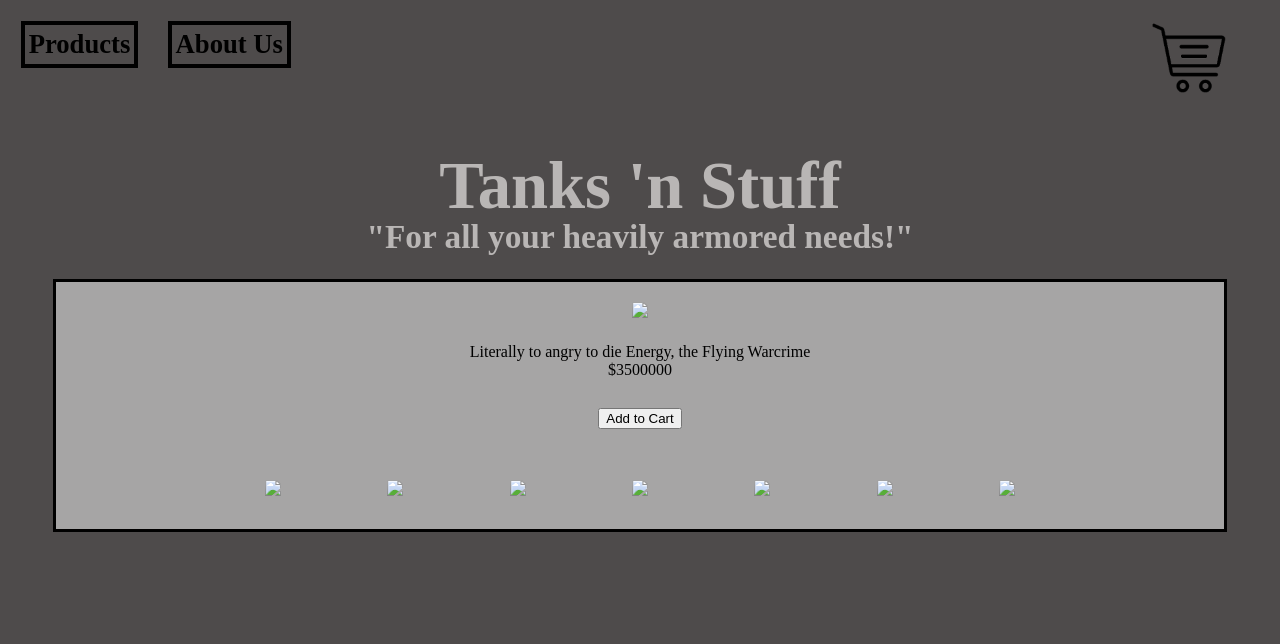
Repository: dscebold/webProjects
Page: APCSP2021/oat.uno.jabrd_store/WebContent/index.html
An editor plug-in stored every save of this project. The page is shown before and after the next save, followed by the edit.
The browser window is 1280 px wide. The pictures show the whole page.

Above is the page before, as saved 2022-09-13 01:40:03.
Not found: APCSP2021/oat.uno.jabrd_store/WebContent/images/a10Warthog.jpg
Not found: APCSP2021/oat.uno.jabrd_store/WebContent/images/a1Abrams.jpg
Not found: APCSP2021/oat.uno.jabrd_store/WebContent/images/ac130.jpg

### APCSP2021/oat.uno.jabrd_store/WebContent/index.html
<!DOCTYPE html>
<html>
<head>
<meta charset="ISO-8859-1">
<title>Products</title>
<link type="text/css" rel="stylesheet" href="style.css">
<script type="text/javascript" src="magic.js">

</script>
</head>
<body onload = "test();">
	<div id= "navDiv">
		<a href="index.html"><div class="navBar">Products</div></a>
		<a href="aboutUs.html"><div class="navBar">About Us</div></a>
		<a href="cart.html"><div id="cartDiv"><img src="images\carts.png" id="cartImg"></div></a>
	</div>
	<div id="top">
		<h1 id="heading">Tanks &apos;n Stuff</h1>
		<h1 id="subHeading">"For all your heavily armored needs&excl;"</h1>
	</div>


	<div id="box">
		<!-- start of product images -->
		<div id="main">
			<img src="images/a10Warthog.jpg" id="mainImg">
			<p id="caption">
				Literally to angry to die Energy, the Flying Warcrime<br>&dollar;3500000
			</p>
			<button id="addCart" onclick= "addToCart()">Add to Cart</button>
		</div>
		<!-- main image -->

		<div id="subBar">
			<!-- sub image bar -->
			<div class="subImages">
				<img src="images/a1Abrams.jpg" class="smallImgs"
					onclick="mainImg(this)">
			</div>
			<!-- sub images -->
			<div class="subImages">
				<img src="images/ac130.jpg" class="smallImgs"
					onclick="mainImg(this)">
			</div>
			<!-- sub images -->
			<div class="subImages">
				<img src="images/apache.jpg" class="smallImgs"
					onclick="mainImg(this)">
			</div>
			<!-- sub images -->
			<div class="subImages">
				<img src="images/bradley.jpg" class="smallImgs"
					onclick="mainImg(this)">
			</div>
			<!-- sub images -->
			<div class="subImages">
				<img src="images/f16.jpg" class="smallImgs" onclick="mainImg(this)">
			</div>
			<!-- sub images -->
			<div class="subImages">
				<img src="images/huey.jpg" class="smallImgs" onclick="mainImg(this)">
			</div>
			<!-- sub images -->
			<div class="subImages">
				<img src="images/iowa.jpg" class="smallImgs" onclick="mainImg(this)">
			</div>
			<!-- sub images -->
		</div>

	</div>



</body>
</html>

### APCSP2021/oat.uno.jabrd_store/WebContent/style.css
@charset "ISO-8859-1";

body {
	background-color: #4E4B4B;
	font-family: Comic Sans MS;
}

#top {
	width: 80%;
	margin: auto;
}

#heading {
	font-size: 50pt;
	text-align: center;
	color: #B9B6B5;
}

#subHeading {
	font-size: 25pt;
	text-align: center;
	color: #B9B6B5;
	margin-top: -5%;
}

.navBar {
	text-decoration: none;
	font-size: 20pt;
	font-weight: bolder;
	font-family: Comic Sans MS;
	margin: 1%;
	display: inline-block;
	color: black;
	border: 4px solid black;
	padding: 4px;
}

#main {
	width: 60%;
	margin: auto;
	text-align: center;
}

#mainImg {
	width: 90%;
	height: auto;
	padding: 5px;
}

.subImages {
	width: 11%;;
	display: inline-block;
	margin: 1%;
	height: auto;
}

#subBar {
	margin: auto;
	width: 80%;
	height: 15%;
	text-align: center;
	margin-top: 2%;
}

.smallImgs {
	width: 90%;
	height: auto;
	padding: 5px;
}

#box {
	background-color: #A6A5A5;
	padding: 15px;
	width: 90%;
	margin: auto;
	border: 3px solid black;
}



#addCart {
	text-align: center;
	margin: 2%;
}

#cartImg {
	background-color: #4E4B4B;
	width: 75%;
	height: auto;
	padding: 5px;
}

#cartDiv {
	width: 8%;
	margin-left: 90%;
	margin-top: -5%;
}

#hours {
	padding: 5px;
}

#hoursTable {
	padding: 10px;
}

.dayRow {
	font-size: 14pt;
	font-weight: bolder;
	font-family: Comic Sans MS;
	padding: 5px;
}

.hourRow {
	padding: 5px;
}

#store{
	background-color: #00FF00;
	text-align: center;
}

#storeImg{
	padding: 15px;
}

#address {

}

#addressTxt {
	font-family: times new roman;
	font-size: 25pt;
	font-weight: bolder;
}

#mapBox{
	text-align: center;
}

.aboutTop{
	display: inline-block;
	vertical-align: top;
	margin-top: 2%;
	margin-bottom: 2%;
	margin-left: 8%
}

#openClosed{
	text-align: center;
}

#clockDiv{
	text-align: center;
}


#cartTable{

}

td{
	width: 20%;
	border: 3px solid black;
	text-align: center;
	vertical-align: text-top;
}

### APCSP2021/oat.uno.jabrd_store/WebContent/magic.js
class product {
	constructor(src, cap, price, num, name, ib) {
		this.src = src;
		this.caption = cap;
		this.price = price;
		this.num = num;
		this.name = name;
		this.ib = ib;
	}

	toString() {
		return this.caption + "<br>$" + this.price
	}

}

let abrams = new product("images/JABRDLogo.png", "Firing 40 pounds of depleted Uranium at your Cranium", 3000000, 0, "A1 Abrams", "abr");
let warthog = new product("images/JABRDLogo.png", "Literally to angry to die Energy, the Flying Warcrime", 3500000, 0, "A10 Warthog", "war");
let ac130 = new product("images/JABRDLogo.png", "Minigun go Brrrrrrt", 9000000, 0, "AC130", "ac1");
let apache = new product("images/JABRDLogo.png", "If you are reading this you are already dead", 4000000, 0, "Apache Longbow", "apa");
let iowa = new product("images/JABRDLogo.png", "45,000 tons of 16 inch Freedom", 15000000, 0, "USS Iowa", "iow");
let bradley = new product("images/JABRDLogo.png", "Push up with the Bradley *Explosion* F#@K, the Bradley's down.", 2500000, 0, "Bradley", "brad");
let f16 = new product("images/JABRDLogo.png", "Dear Grid Coordinates, you no longer exist,<br>Sincerly F16", 7000000, 0, "F16", "f1");
let huey = new product("images/JABRDLogo.png", "Fortunate Son Intensifies", 5000000, 0, "Huey", "hue");

//an array of products
var products = [abrams, warthog, ac130, apache, iowa, bradley, f16, huey];


sessionStorage.setItem("abrams", 0);
sessionStorage.setItem("warthog", 0);
sessionStorage.setItem("ac130", 0);
sessionStorage.setItem("apache", 0);
sessionStorage.setItem("iowa", 0);
sessionStorage.setItem("bradley", 0);
sessionStorage.setItem("f16", 0);
sessionStorage.setItem("huey", 0);


function mainImg(id) {
	var temp = document.getElementById("mainImg").src;
	document.getElementById("mainImg").src = id.src;
	id.src = temp;
	for (product of products) {
		if (document.getElementById("mainImg").src.includes(product.src)) {
			document.getElementById("caption").innerHTML = product.toString();
		}
	}
}

function test() {
	revive();
}


function revive() {
	for (product of products) {
		if (Number.isInteger(parseInt(sessionStorage.getItem(product.name)))) {
			product.num = parseInt(sessionStorage.getItem(product.name));
		}
	}
}

var totalNum = 0;
var totalPrice = 0;



function addToCart() {
	for (product of products) {
		if (document.getElementById("mainImg").src.includes(product.src)) {
			product.num += 1;

			totalNum = 0;
			totalPrice = 0;
			for (product of products) {
				totalNum += product.num;
				totalPrice += (product.num * product.price);
			}

		}

	}


	newItem();
}

function newItem() {
	for (product of products) {
		sessionStorage.removeItem(product.name);
		sessionStorage.setItem(product.name, product.num);
	}
}



function makeCart() {
	document.getElementById("cartTable").innerHTML = "";
	for (product of products) {
		if ((sessionStorage.getItem(product.name) != null) && parseInt(sessionStorage.getItem(product.name)) >= 1) {
			document.getElementById("cartTable").innerHTML += "<tr> <td><img src = '" + product.src + "'> " + product.name + "</td> <td> " + sessionStorage.getItem(product.name) + "<button id = '" + product.ib + "' onclick = 'nope(this)'>Delete</button> <button id = '" + product.ib + "' onclick = 'deleteAll(this)'>Delete All</button>" + "</td> <td>$" + (sessionStorage.getItem(product.name) * product.price) + "</td> </tr>"
		}
	}
	revive();
	totalNum = 0;
	totalPrice = 0;
	for (product of products) {
		totalNum += product.num;
		totalPrice += (product.num * product.price);
	}
	document.getElementById("total").innerHTML = "Total Products: " + totalNum + " | Total Price: $" + totalPrice;

	var makeout = setTimeout(makeCart, 1000);
}



const days = ["Sunday", "Monday", "Tuesday", "Wednesday", "Thursday", "Friday", "Saturday"]

function clock() {
	const d = new Date();
	d.getHours(); // 24hour clock
	d.getMinutes(); // if minutes is less than 10 it will be one number long
	d.getSeconds();
	d.getDay();
	var amPM = "AM";
	if (d.getHours() > 12) {
		var amPM = "PM"
	}
	var minutes = d.getMinutes();
	if (d.getMinutes() < 10) {
		minutes = "0" + d.getMinutes();
	}
	var seconds = d.getSeconds();
	if (d.getSeconds() < 10) {
		seconds = "0" + d.getSeconds();
	}
	let time = days[d.getDay()] + " " + (d.getHours() % 12) + ":" + minutes + ":" + seconds + " " + amPM;
	// concat a 0 before minutes
	document.getElementById("clock").innerHTML = time;
	//write to the page  getHours() % 12 + ":" + minutes + amPm
}

function changeColor() {
	const e = new Date();
	let h = e.getHours();
	let i = e.getMinutes();
	let j = e.getDay();

	if (((j == 2 || j == 3 || j == 4) && (h > 2 && h < 3)) || ((j == 0) && (h > 10 && h < 17)) || ((j == 5 || j == 6) && (h > 0 && h < 22) && (i > 0))) {
		document.getElementById("store").style.backgroundColor = "#00FF00"

	}
	else if (((j == 2 || j == 3 || j == 4) && (h > 1 && h < 4)) || ((j == 5 || j == 6) && (h > 23)) || ((j == 4) && (h > 23)) || ((j == 0) && (h > 9 && h < 18)) && (i > 0)) {
		document.getElementById("store").style.backgroundColor = "#FFFF00";

	}
	else if (j == 1) {
		document.getElementById("store").style.backgroundColor = "#FF0000";

	}
	else {
		document.getElementById("store").style.backgroundColor = "#FF0000";

	}
	var colorout = setTimeout(changeColor, 1000);
}


function changeOpen() {
	const f = new Date();
	let h = f.getHours();
	let i = f.getMinutes();
	let j = f.getDay();

	if (((j == 2 || j == 3 || j == 4) && (h > 2 && h < 3)) || ((j == 0) && (h > 10 && h < 17)) || ((j == 5 || j == 6) && (h > 0 && h < 22) && (i > 0))) {
		document.getElementById("openClosedTxt").innerHTML = "Open";
		document.getElementById("openClosedTxt").style.color = "#00FF00"
	}
	else if (((j == 2 || j == 3 || j == 4) && (h > 1 && h < 2)) || ((j == 5 || j == 6) && (h > 23)) || ((j == 4) && (h > 23)) || ((j == 0) && (h > 9 && h < 10)) && (i > 0)) {
		document.getElementById("openClosedTxt").innerHTML = "Opening Soon";
		document.getElementById("openClosedTxt").style.color = "#00FF00"
	}
	else if (((j == 2 || j == 3 || j == 4) && (h > 3 && h < 4)) || ((j == 5 || j == 6) && (h > 22 && h < 23)) || ((j == 0) && (h > 17 && h < 18)) && (i > 0)) {
		document.getElementById("openClosedTxt").innerHTML = "Closeing Soon";
		document.getElementById("openClosedTxt").style.color = "#FFFF00"
	}
	else if (j == 1) {
		document.getElementById("openClosedTxt").innerHTML = "Closed";
		document.getElementById("openClosedTxt").style.color = "#FF0000"
	}
	else {
		document.getElementById("openClosedTxt").innerHTML = "Closed";
		document.getElementById("openClosedTxt").style.color = "#FF0000"
	}
	var openout = setTimeout(changeOpen, 1000);
}


function update() {
	makeCart();
}



function nope(id) {
	for (product of products) {
		if (id.id == product.ib) {
			if (Number.isInteger(parseInt(sessionStorage.getItem(product.name)))) {
				var temp = parseInt(sessionStorage.getItem(product.name));
				temp = temp - 1;
				sessionStorage.setItem(product.name, temp);
			}
		}
	}
	console.log(sessionStorage);
	revive();
}

function deleteAll(id) {
	for (product of products) {
		if (id.id == product.ib) {
			sessionStorage.removeItem(product.name);
		}
	}
	revive();
	console.log(sessionStorage);
}


function checkOut(){
	for(product of products) {
		sessionStorage.removeItem(product.name);
	}
}

After the next save:
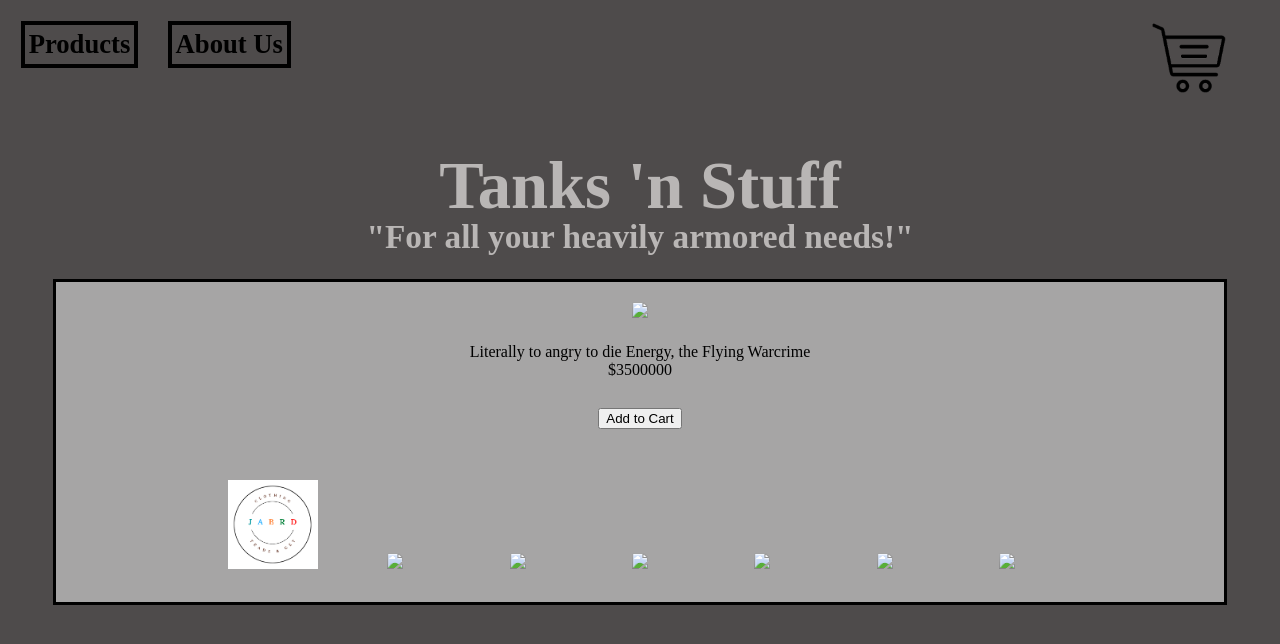
Saved 2 min 5 s later.
--- a/APCSP2021/oat.uno.jabrd_store/WebContent/index.html
+++ b/APCSP2021/oat.uno.jabrd_store/WebContent/index.html
@@ -34,7 +34,7 @@
 		<div id="subBar">
 			<!-- sub image bar -->
 			<div class="subImages">
-				<img src="images/a1Abrams.jpg" class="smallImgs"
+				<img src="images/JABRDLogo.png" class="smallImgs"
 					onclick="mainImg(this)">
 			</div>
 			<!-- sub images -->
